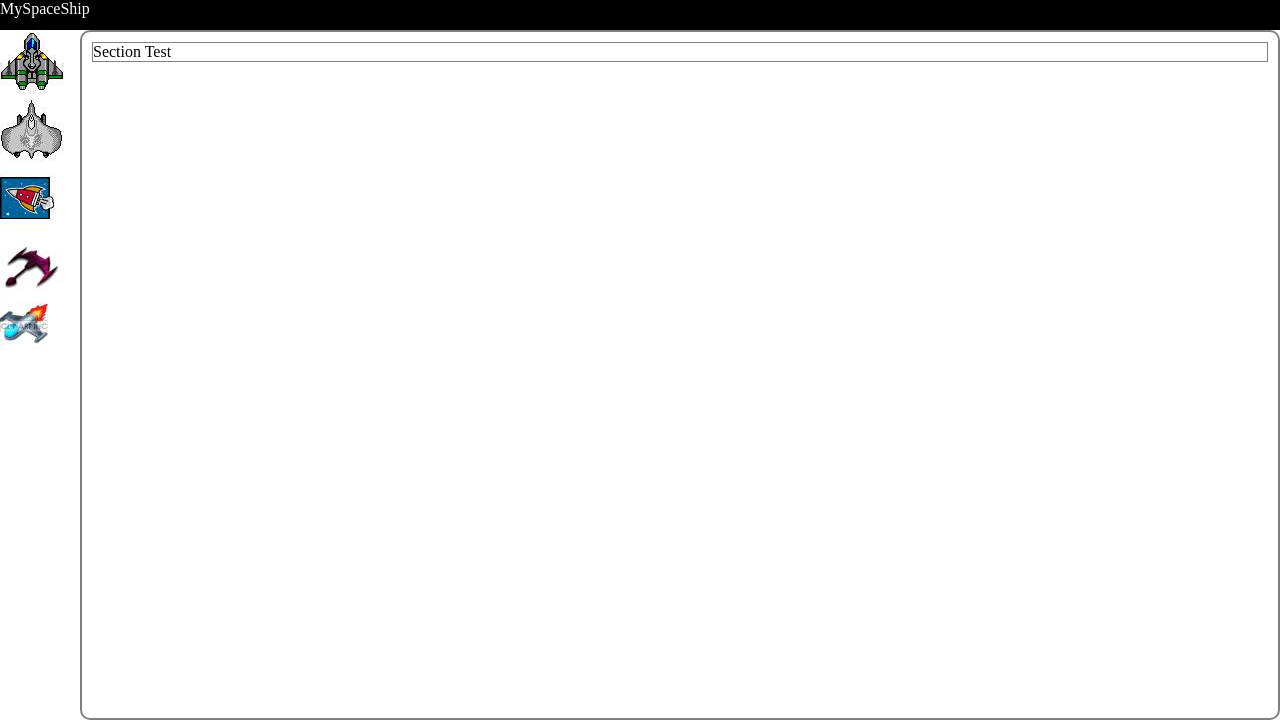
Repository: eudesf/MySpaceShip
Page: MySpaceShip/WebContent/index.html
The author's editor kept a copy of each file at every save. The page is drawn from the files as they stood at one save, then again after the next save.
The browser window is 1280 px wide. The pictures show the whole page.

Above is the page before, as saved 2012-03-15 20:29:51.

After the next save:
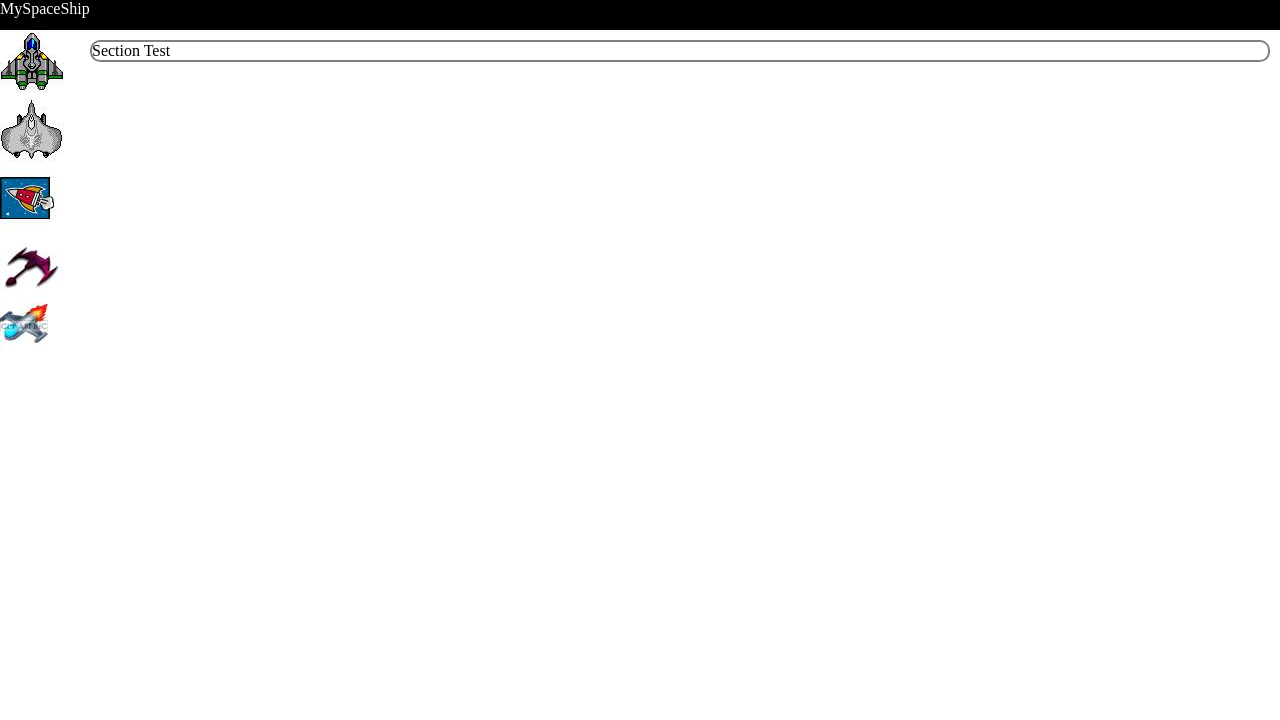
Saved 21 s later.
--- a/MySpaceShip/WebContent/index.html
+++ b/MySpaceShip/WebContent/index.html
@@ -27,17 +27,14 @@
 				right: 0px;
 				top: 30px;
 				bottom: 0px;
-				border: 2px solid gray;
-
-				-moz-border-radius: 10px;
-				-webkit-border-radius: 10px;
-				border-radius: 10px;
-
 			}
 
 			article {
 				margin: 10px;
-				border: 1px solid gray;
+				border: 2px solid gray;
+				-moz-border-radius: 10px;
+				-webkit-border-radius: 10px;
+				border-radius: 10px;
 
 			}
 
